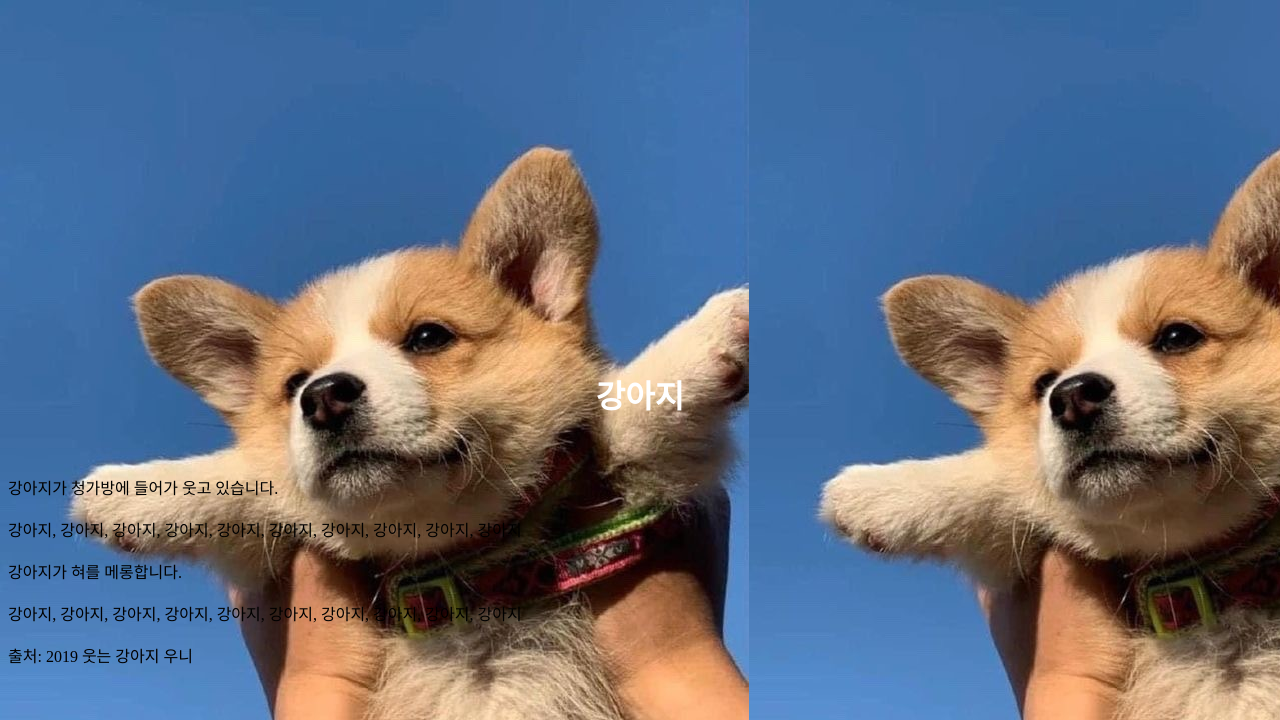
Repository: hb6700/client
Page: ClientTest/src/main/webapp/html/question/01_body.html
These files come from the project's save history. The page is drawn as it stood at one moment and after the next save; the edit follows.
The browser window is 1280 px wide. The pictures show the whole page.

Above is the page before, as saved 2023-09-20 02:45:19.

### ClientTest/src/main/webapp/html/question/01_body.html
<!DOCTYPE html>
<html>
	<head>
		<meta charset="UTF-8">
		<title>document</title>
	</head>
	<body background="images/귀여운 갱얼쥐.jpg">
		<br><br><br><br><br><br><br><br><br><br><br><br><br><br><br><br><br><br><br>
		<h1 align=center>
			<font color="white">강아지</font>
		</h1>

		<br><br>
		강아지가 청가방에 들어가 웃고 있습니다.
		<br><br>
		강아지, 강아지, 강아지, 강아지, 강아지, 강아지, 강아지, 강아지, 강아지, 강아지
		<br><br>
		강아지가 혀를 메롱합니다.
		<br><br>
		강아지, 강아지, 강아지, 강아지, 강아지, 강아지, 강아지, 강아지, 강아지, 강아지
		<br><br>
		출처: 2019 웃는 강아지 우니
	</body>
</html>

After the next save:
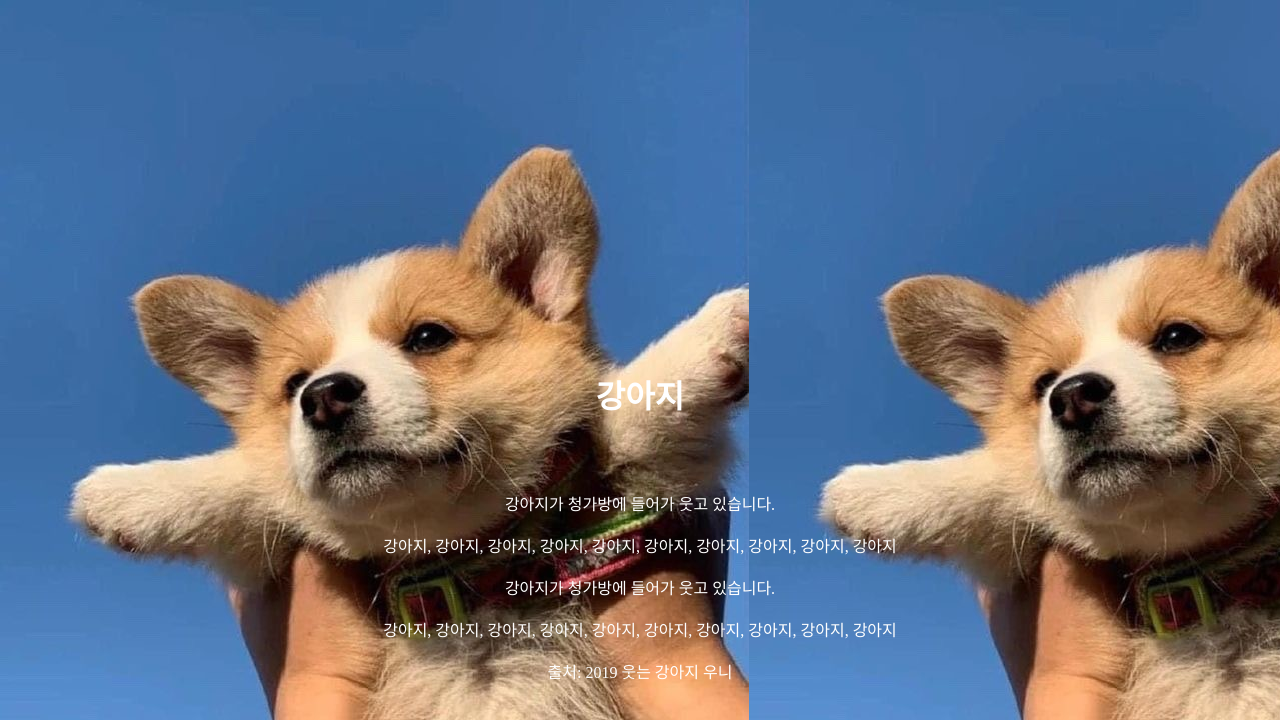
Saved 2 min 43 s later.
--- a/ClientTest/src/main/webapp/html/question/01_body.html
+++ b/ClientTest/src/main/webapp/html/question/01_body.html
@@ -6,19 +6,22 @@
 	</head>
 	<body background="images/귀여운 갱얼쥐.jpg">
 		<br><br><br><br><br><br><br><br><br><br><br><br><br><br><br><br><br><br><br>
-		<h1 align=center>
+		<h1 align="center">
 			<font color="white">강아지</font>
 		</h1>
-
 		<br><br>
-		강아지가 청가방에 들어가 웃고 있습니다.
-		<br><br>
-		강아지, 강아지, 강아지, 강아지, 강아지, 강아지, 강아지, 강아지, 강아지, 강아지
-		<br><br>
-		강아지가 혀를 메롱합니다.
-		<br><br>
-		강아지, 강아지, 강아지, 강아지, 강아지, 강아지, 강아지, 강아지, 강아지, 강아지
-		<br><br>
-		출처: 2019 웃는 강아지 우니
+		<p align="center">
+			<font color="white">
+				강아지가 청가방에 들어가 웃고 있습니다.
+				<br><br>
+				강아지, 강아지, 강아지, 강아지, 강아지, 강아지, 강아지, 강아지, 강아지, 강아지
+				<br><br>
+				강아지가 청가방에 들어가 웃고 있습니다.
+				<br><br>
+				강아지, 강아지, 강아지, 강아지, 강아지, 강아지, 강아지, 강아지, 강아지, 강아지
+				<br><br>
+				출처: 2019 웃는 강아지 우니
+			</font>
+		</p>
 	</body>
 </html>
